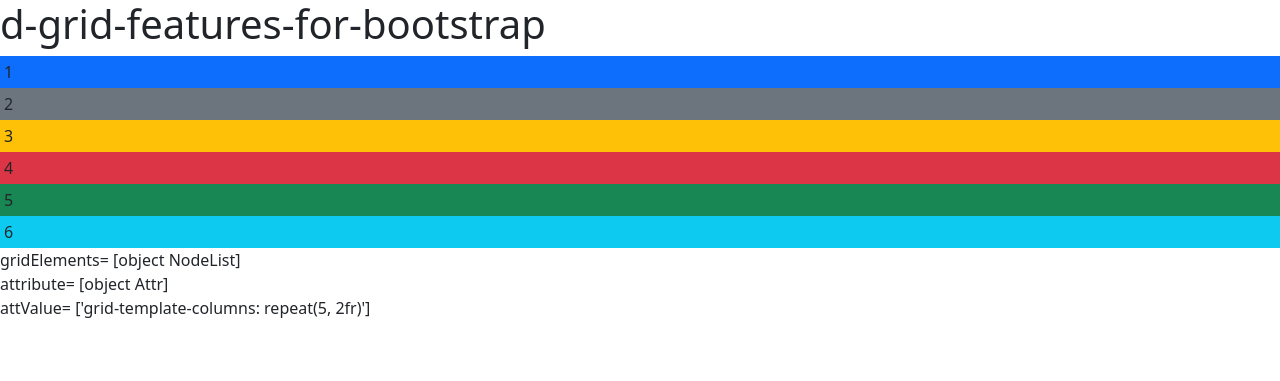
Repository: LynxPardelle/d-grid-features-for-bootstrap
Page: index.html
These files come from the project's save history. The page is drawn as it stood at one moment and after the next save; the edit follows.
The browser window is 1280 px wide. The pictures show the whole page.

Above is the page before, as saved 2021-10-20 04:01:48.

After the next save:
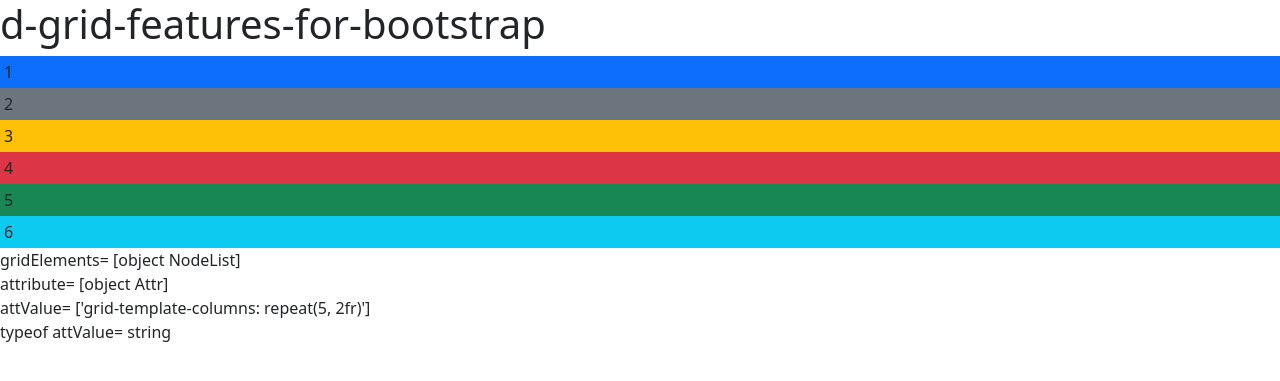
Saved 61 s later.
--- a/d-grid.js
+++ b/d-grid.js
@@ -2,18 +2,24 @@
 
 let gridElements = document.querySelectorAll("[data-gfbs]");
 
-document.getElementById("console").innerHTML += 'gridElements= ' + gridElements + '<br />';
+document.getElementById("console").innerHTML +=
+  "gridElements= " + gridElements + "<br />";
 
 console.log(gridElements);
 for (let gridElement of gridElements) {
-  for(let attribute of gridElement.attributes){
-    if(attribute.localName.includes('gfbs')){
+  for (let attribute of gridElement.attributes) {
+    if (attribute.localName.includes("gfbs")) {
       let attValue = attribute.value;
 
       console.log(attribute);
-document.getElementById("console").innerHTML += 'attribute= ' + attribute + '<br/>';
-console.log(attValue);
-      document.getElementById("console").innerHTML += 'attValue= ' + attValue + '<br/>';
+      document.getElementById("console").innerHTML +=
+        "attribute= " + attribute + "<br/>";
+      console.log(attValue);
+      document.getElementById("console").innerHTML +=
+        "attValue= " + attValue + "<br/>";
+        console.log(typeof attValue);
+      document.getElementById("console").innerHTML +=
+        "typeof attValue= " + typeof attValue + "<br/>";
     }
   }
 }
